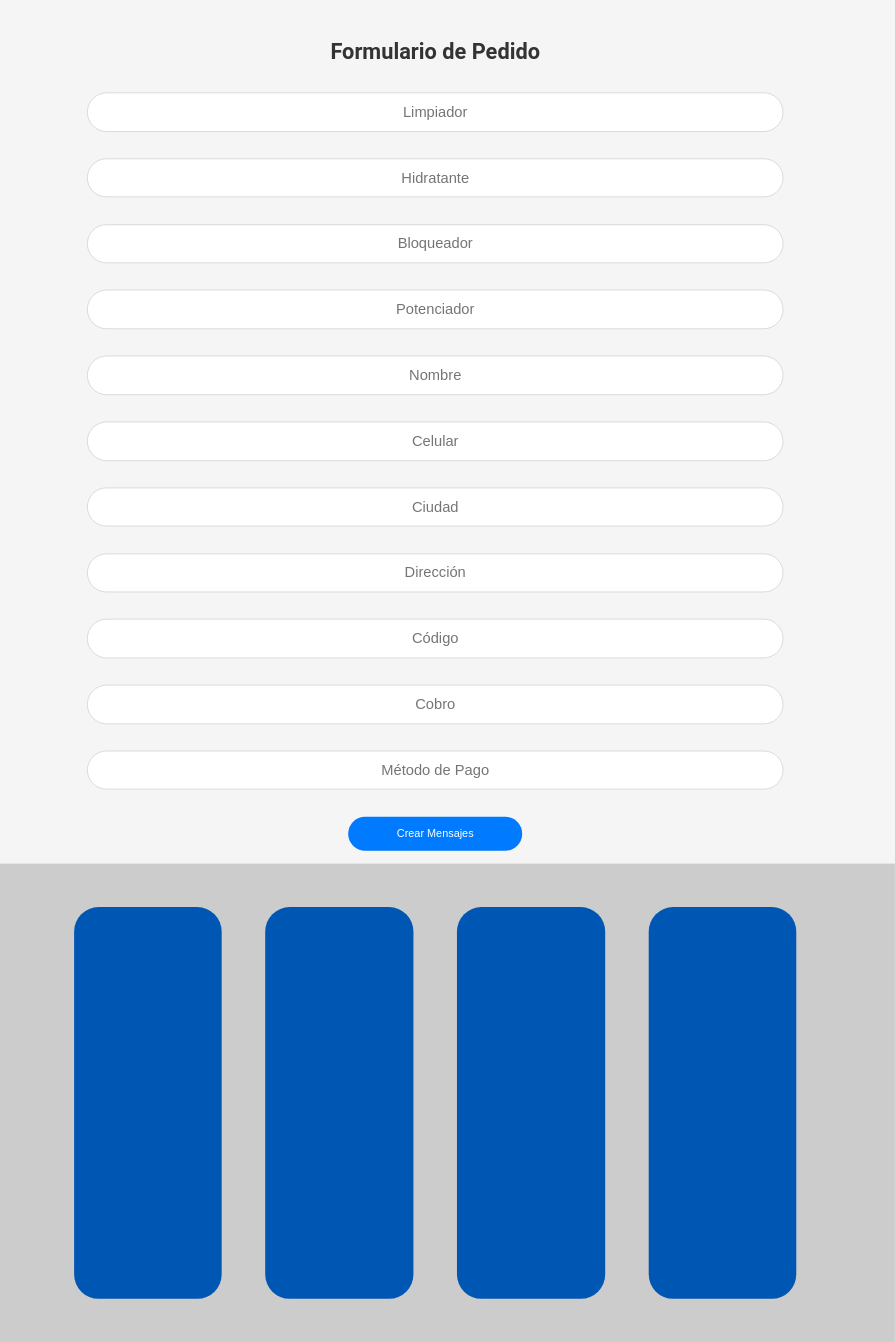
Repository: aCoupon0/intranet
Page: 1/venta-1.html
An editor plug-in stored every save of this project. The page is shown before and after the next save, followed by the edit.
The browser window is 1280 px wide. The page is 1316 px wide, so the pictures cover 1316 px, including what lies to the right of the window. The pictures show the whole page, at 68% of full size.

Above is the page before, as saved 2024-12-09 12:21:46.

### 1/venta-1.html
<!DOCTYPE html>
<html lang="es">

<head>
    <meta charset="UTF-8">
    <meta name="viewport" content="width=device-width, initial-scale=1.0">
    <title>Intranet DermaBox</title>
    <link rel="stylesheet" href="../css/venta.css">
</head>

<body>
    <h1>Formulario de Pedido</h1>

    <!-- Inputs para los productos -->
    <input type="text" id="input-limpiador" class="input-texto" placeholder="Limpiador">
    <input type="text" id="input-hidratante" class="input-texto" placeholder="Hidratante">
    <input type="text" id="input-bloqueador" class="input-texto" placeholder="Bloqueador">
    <input type="text" id="input-potenciador" class="input-texto" placeholder="Potenciador">

    <!-- Inputs para los datos del cliente -->
    <input type="text" id="input-nombre" class="input-texto" placeholder="Nombre">
    <input type="text" id="input-celular" class="input-texto" placeholder="Celular">
    <input type="text" id="input-ciudad" class="input-texto" placeholder="Ciudad">
    <input type="text" id="input-direccion" class="input-texto" placeholder="Dirección">

    <!-- Inputs para código, cobro y método -->
    <input type="text" id="input-codigo" class="input-texto" placeholder="Código">
    <input type="text" id="input-cobro" class="input-texto" placeholder="Cobro">
    <input type="text" id="input-metodo" class="input-texto" placeholder="Método de Pago">

    <!-- Botón para enviar -->
    <button id="boton-enviar" class="boton-enviar">Crear Mensajes</button>

    <div class="primera-fase">
        <div class="section-dual"></div>
        <div class="section-dual"></div>
        <div class="section-dual"></div>
        <div class="section-dual"></div>
    </div>

    <script src="../js/ventas-shared.js"></script>
</body>

</html>

### css/venta.css
body {
    font-family: 'Roboto', system-ui, -apple-system, BlinkMacSystemFont, 'Segoe UI', sans-serif;
    margin: 0;
    padding: 0;
    display: flex;
    justify-content: center;
    align-items: center;
    height: auto;
    flex-direction: column;
    background-color: #f5f5f5;
    color: #333;
    gap: 1.5vw;
    padding-top: 5vh;
}

input {
    width: 80vw; /* Ocupa el 80% del ancho del contenedor */
    height: 8vh; /* Altura dinámica según el viewport */
    padding: 10px;
    font-size: 3vh;
    border: 1px solid #ccc;
    border-radius: 5vw;
    margin-bottom: 20px; /* Separación del botón */
    box-sizing: border-box;
    text-align: center;
}

.boton-enviar {
    width: 20%; /* Mismo ancho que el input */
    padding: 10px;
    height: 7vh; /* Misma altura que el input */
    font-size: 1rem;
    background-color: #007BFF;
    color: white;
    border: none;
    border-radius: 5vw;
    cursor: pointer;
    transition: background-color 0.3s;
    text-align: center;
}

.boton-enviar:hover {
    background-color: #0056b3;
}


.primera-fase {
    width: 100%;
    height: auto;
    padding: 5% 5vh 5% 5vh;
    display: flex;
    justify-content: center;
    align-content: center;
    background-color: #ccc;
    flex-direction: row;
    gap: 5%;
}

.section-dual {

    width: 17%;
    height: 80vh;
    border-radius: 5vh;
    display: flex;
    flex-direction: column;
    background-color: #0056b3;
}

Loaded but not shown: js/ventas-shared.js (empty)

After the next save:
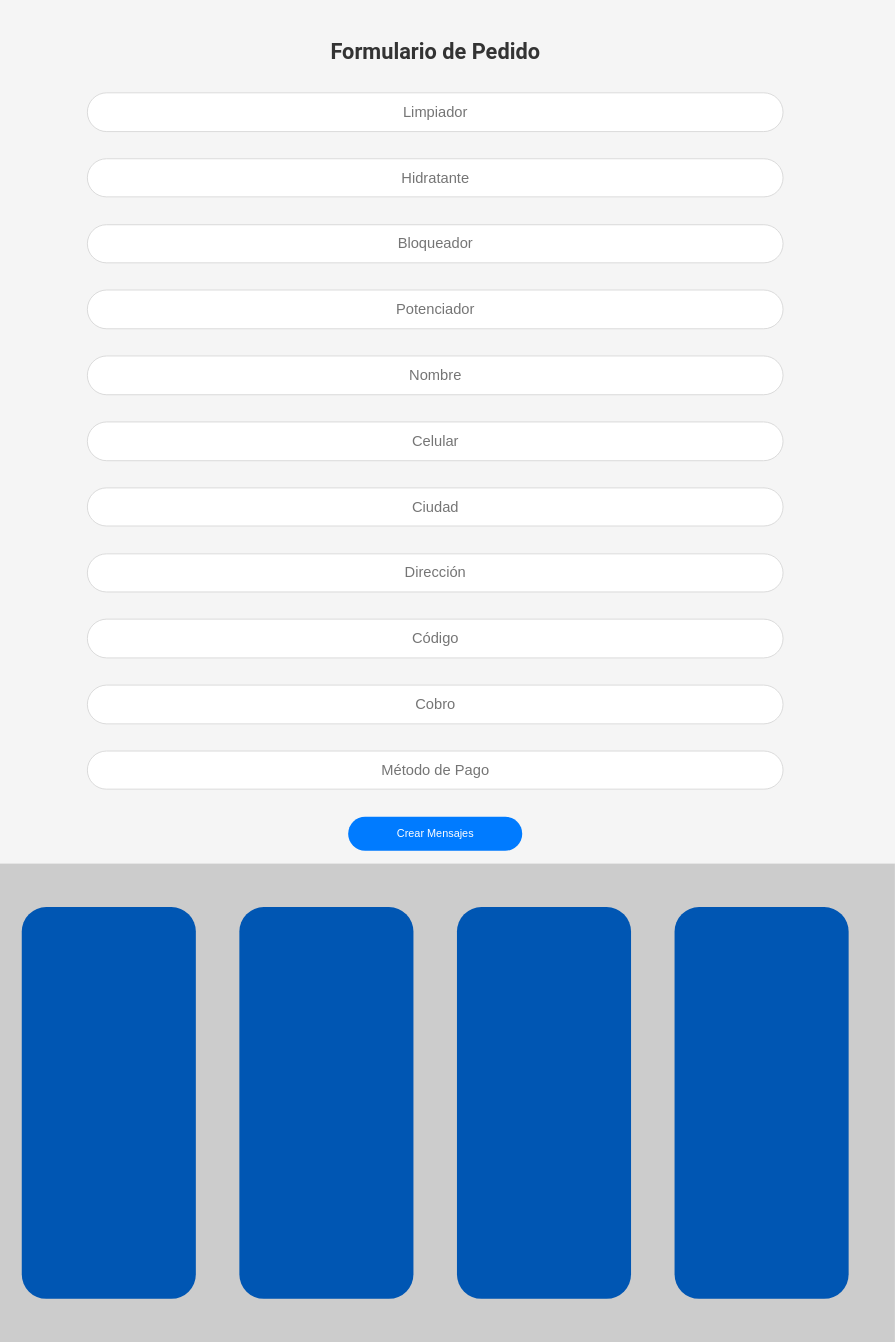
Saved 4 s later.
--- a/css/venta.css
+++ b/css/venta.css
@@ -58,7 +58,7 @@ input {
 
 .section-dual {
 
-    width: 17%;
+    width: 20%;
     height: 80vh;
     border-radius: 5vh;
     display: flex;
